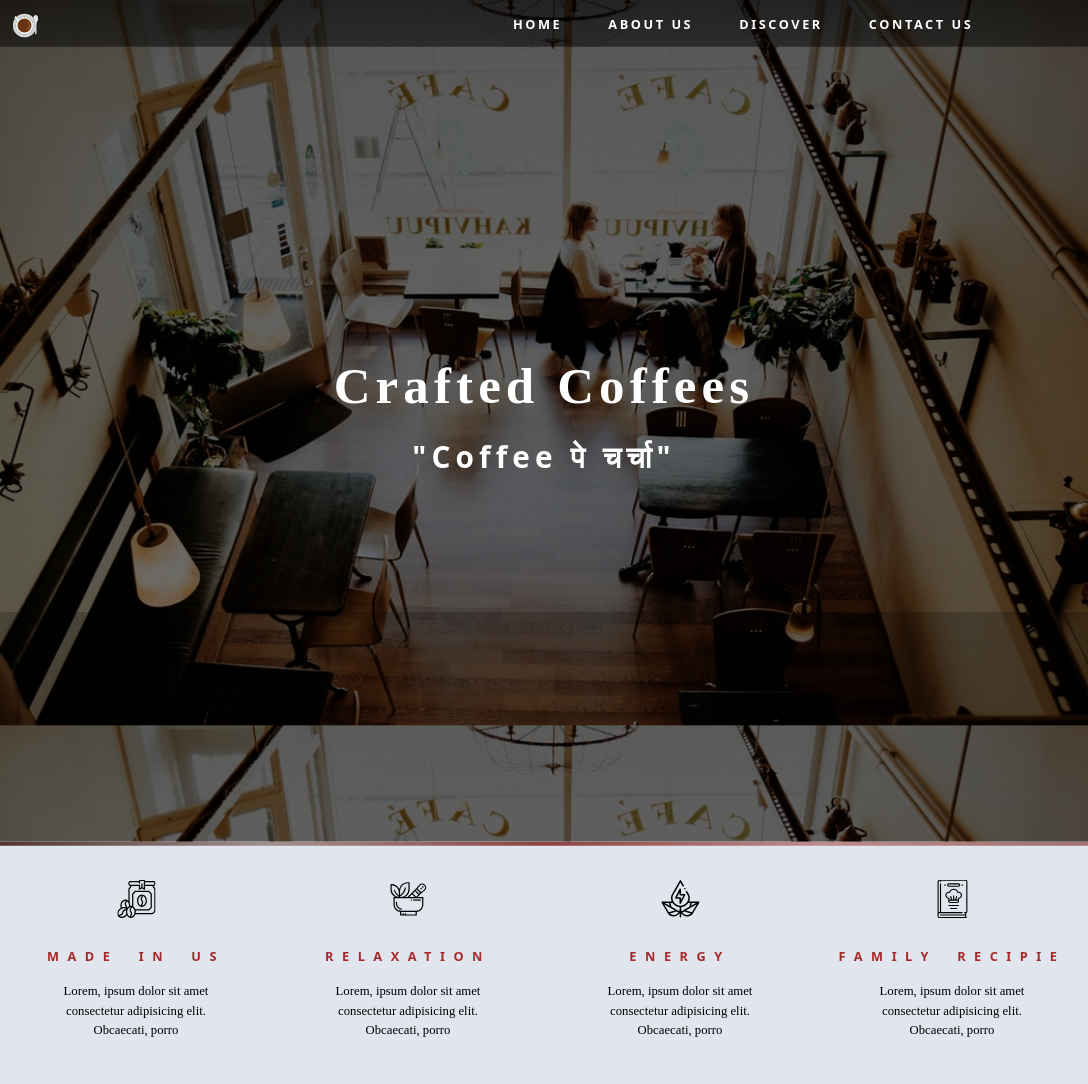
Repository: Aditya0377/Assignments
Page: Assignment/coffee/index.html
These files come from the project's save history. The page is drawn as it stood at one moment and after the next save; the edit follows.
The browser window is 1280 px wide. The pictures show the part of the page from y = 0 to 1275 px (the page is 1700 px tall), at 85% of full size.
A picture or video elsewhere on the page could not be fetched, so the positions and the page height are approximate. Backgrounds fixed to the window are drawn as part of the page. Some web libraries are served in a nearby version.

Above is the page before, as saved 2024-02-02 14:54:04.

After the next save:
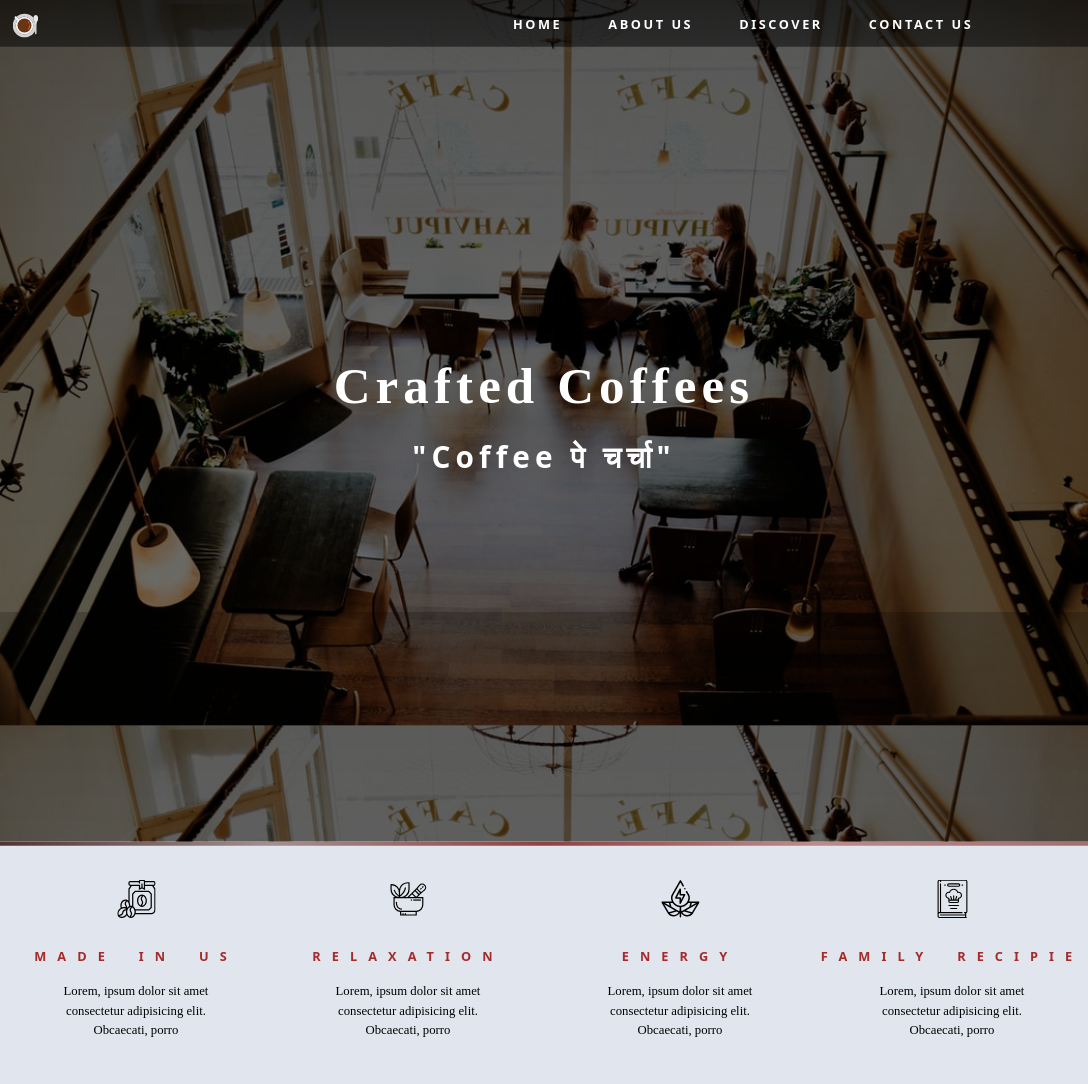
Saved 18 s later.
--- a/Assignment/coffee/coffee.css
+++ b/Assignment/coffee/coffee.css
@@ -139,7 +139,7 @@ a {
 
 .onehead {
     font-size: 15px;
-    letter-spacing: 10px;
+    letter-spacing: 13px;
     word-spacing: 10px;
     margin-top: 30px;
     color: brown;
